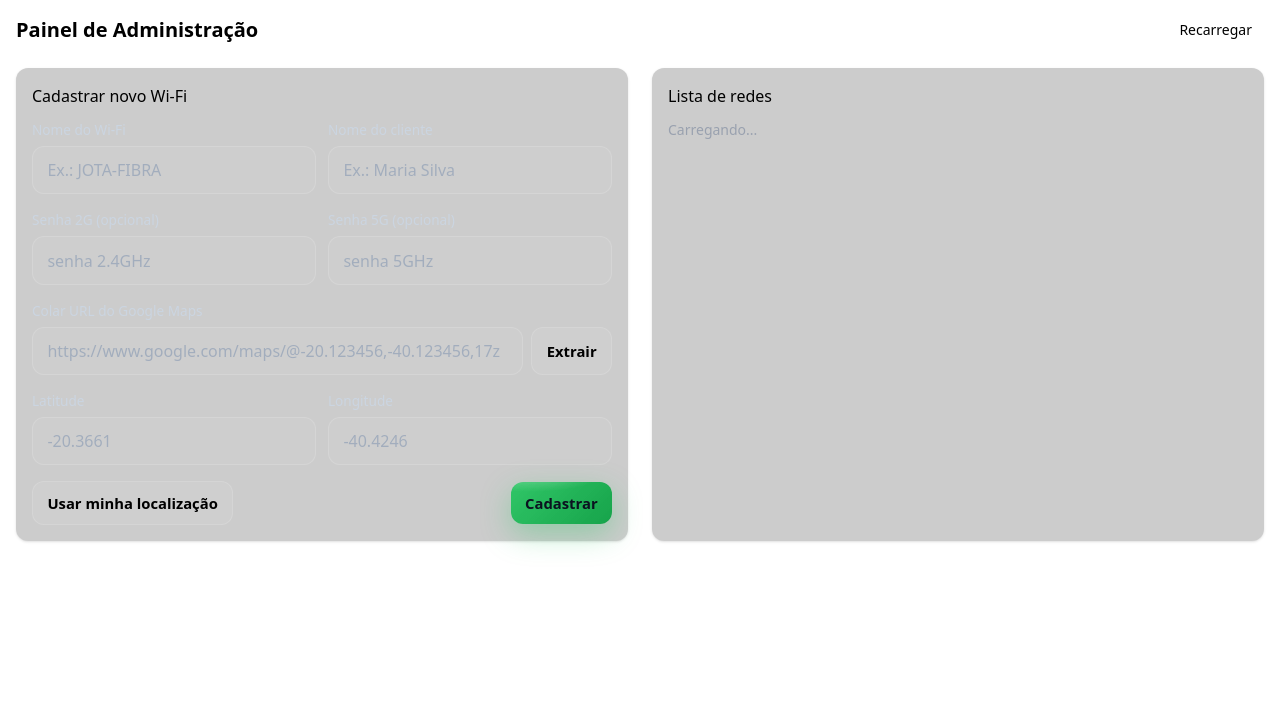
Repository: GRUPOMAX/redes.wifi
Page: /admin
The author's editor kept a copy of each file at every save. The page is drawn from the files as they stood at one save, then again after the next save.
The browser window is 1280 px wide. The pictures show the whole page.
The page's requests for data from a server got no answer. The project was rebuilt for these pictures with package versions that can differ from the ones it lists, and the page was loaded fresh each time. No one was signed in, and anything a server would have sent is missing. Also part of the build but not shown: vite.config.ts, src/components/MapView.tsx, src/components/FloatingCard.tsx, src/store/useGeo.ts, src/App.tsx, src/components/WifiList.tsx, src/components/MapModal.tsx.

Above is the page before, as saved 2025-10-21 21:48:55.

After the next save:
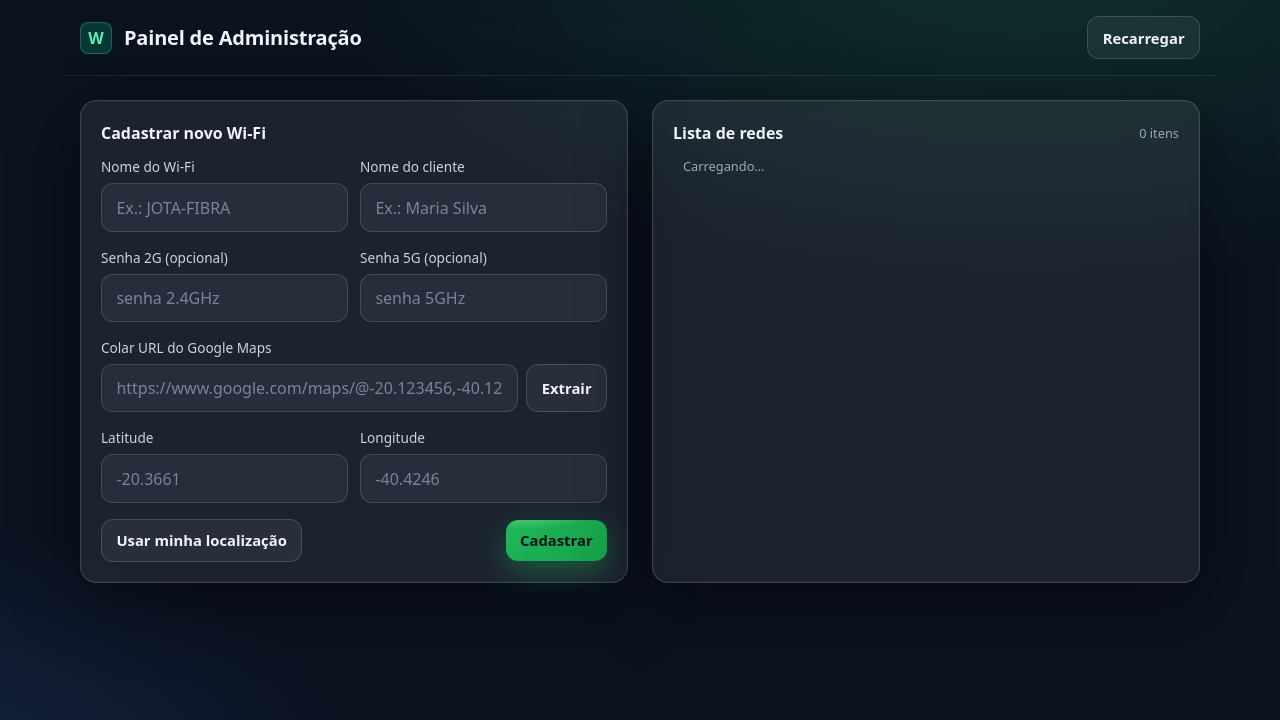
Saved 6 s later.
--- a/src/components/AdminPanel.tsx
+++ b/src/components/AdminPanel.tsx
@@ -1,4 +1,4 @@
-import { useEffect, useMemo, useState } from "react";
+import { useMemo, useState } from "react";
 import L from "leaflet";
 import "leaflet/dist/leaflet.css";
 
@@ -7,9 +7,8 @@ import WifiList from "./WifiList";
 import WifiForm from "./WifiForm";
 import MapModal from "./MapModal";
 import type { WifiNetwork } from "../types";
-import { createWifi } from "../lib/noco"; // ✅ cria/cadastra no NocoDB (ou tua API)
+import { createWifi } from "../lib/noco";
 
-// Corrige ícone padrão do Leaflet no Vite
 import iconUrl from "leaflet/dist/images/marker-icon.png";
 import iconRetinaUrl from "leaflet/dist/images/marker-icon-2x.png";
 import shadowUrl from "leaflet/dist/images/marker-shadow.png";
@@ -24,13 +23,12 @@ export default function AdminPanel() {
   const [center, setCenter] = useState<{ lat: number; lng: number } | null>(null);
 
   async function handleAdd(data: Partial<WifiNetwork>) {
-    await createWifi(data);     // ✅ cadastra
-    await refetch();            // ✅ atualiza lista
+    await createWifi(data);
+    await refetch();
   }
 
   function openMapFor(item: WifiNetwork) {
-    const lat = Number(item.LATITUDE);
-    const lng = Number(item.LONGITUDE);
+    const lat = Number(item.LATITUDE), lng = Number(item.LONGITUDE);
     if (!Number.isFinite(lat) || !Number.isFinite(lng)) return;
     setMapTitle(item["NOME-WIFI"]);
     setCenter({ lat, lng });
@@ -38,31 +36,47 @@ export default function AdminPanel() {
   }
 
   return (
-    <div className="p-4 space-y-6">
-      <header className="flex items-center justify-between">
-        <h2 className="text-xl font-semibold">Painel de Administração</h2>
-        <button onClick={() => refetch()} className="px-3 py-1 text-sm rounded bg-white/10 hover:bg-white/20">
-          Recarregar
-        </button>
+    <div className="bg-app min-h-dvh text-slate-100">
+      {/* Topbar */}
+      <header className="sticky top-0 z-20 backdrop-blur-md">
+        <div className="mx-auto max-w-6xl px-4 py-4 flex items-center gap-3">
+          <div className="size-8 rounded-lg bg-emerald-400/20 border border-emerald-300/25 flex items-center justify-center">
+            <span className="text-emerald-300 font-black">W</span>
+          </div>
+          <h2 className="h2 text-xl">Painel de Administração</h2>
+          <div className="flex-1" />
+          <button onClick={() => refetch()} className="btn">Recarregar</button>
+        </div>
+        <div className="hr mx-auto max-w-6xl opacity-40" />
       </header>
 
-      <div className="grid md:grid-cols-2 gap-6">
-        <section className="bg-black/20 p-4 rounded-xl shadow">
-          <h3 className="font-medium mb-3">Cadastrar novo Wi-Fi</h3>
-          <WifiForm onAdd={handleAdd} /> {/* ✅ agora passa a ação */}
-        </section>
+      {/* Conteúdo */}
+      <main className="mx-auto max-w-6xl px-4 py-6 space-y-6">
+        <div className="grid md:grid-cols-2 gap-6">
+          <section className="glass p-5">
+            <h3 className="h3 mb-3">Cadastrar novo Wi-Fi</h3>
+            <WifiForm onAdd={handleAdd} />
+          </section>
 
-        <section className="bg-black/20 p-4 rounded-xl shadow">
-          <h3 className="font-medium mb-3">Lista de redes</h3>
-          {isLoading ? (
-            <div className="text-sm text-gray-400">Carregando...</div>
-          ) : isError ? (
-            <div className="text-sm text-red-400">Erro ao carregar</div>
-          ) : (
-            <WifiList items={items} onViewOnMap={openMapFor} />
-          )}
-        </section>
-      </div>
+          <section className="glass p-5 flex flex-col">
+            <div className="flex items-center mb-3">
+              <h3 className="h3">Lista de redes</h3>
+              <div className="flex-1" />
+              <span className="helper">{items.length} itens</span>
+            </div>
+
+            <div className="scrolly overflow-auto max-h-[520px]">
+              {isLoading ? (
+                <div className="helper">Carregando…</div>
+              ) : isError ? (
+                <div className="helper text-red-300">Erro ao carregar</div>
+              ) : (
+                <WifiList items={items} onViewOnMap={openMapFor} />
+              )}
+            </div>
+          </section>
+        </div>
+      </main>
 
       <MapModal open={mapOpen} title={mapTitle} center={center} onClose={() => setMapOpen(false)} />
     </div>
